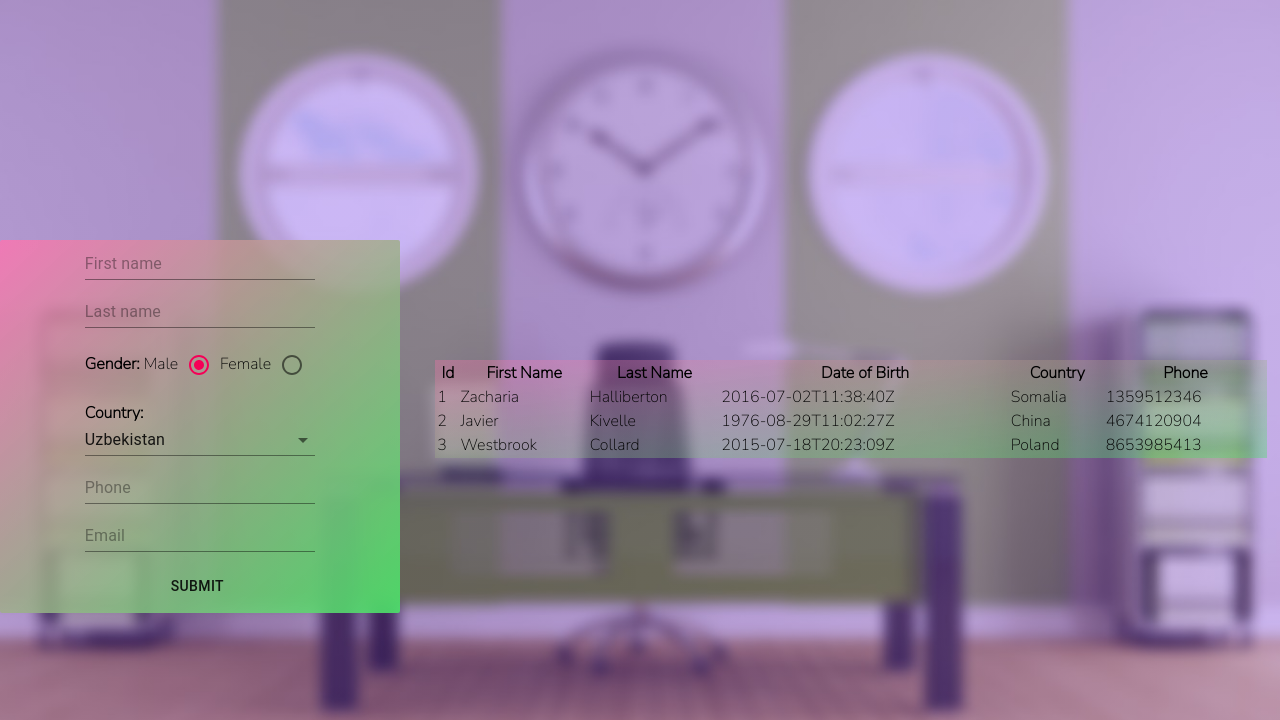
Repository: abrorsaidov/table-table
Page: /
The author's editor kept a copy of each file at every save. The page is drawn from the files as they stood at one save, then again after the next save.
The browser window is 1280 px wide. The pictures show the whole page.
The project was rebuilt for these pictures with package versions that can differ from the ones it lists, and the page was loaded fresh each time. Also part of the build but not shown: src/components/ComponentC.js.

Above is the page before, as saved 2020-12-05 00:39:10.

### src/App.js
import React, { useContext } from 'react';
import './App.css';
import UserContext from './components/userContext';
import State from './components/state';
import ComponentC from './components/ComponentC';
import Forms from './components/Forms';
import MyTable from './components/MyTable';

function App() {
    return (
        <State>
            <div className='App'>
                <Forms />
                <MyTable />
            </div>
        </State>
    );
}

export default App;

### src/App.css
@import url("https://fonts.googleapis.com/css2?family=Nunito+Sans:wght@200&display=swap");

* {
  margin: 0;
  padding: 0;
}

body {
  background: linear-gradient(
      to bottom right,
      rgba(104, 37, 238, 0.3),
      rgba(104, 37, 238, 0.3)
    ),
    url("../src/office.jpg");
  background-attachment: fixed;
  background-repeat: no-repeat;
  font-family: "Nunito Sans", sans-serif;
  background-size: cover;
}

.form-wrapper {
  background: linear-gradient(
    to bottom right,
    rgba(255, 114, 175, 0.8),
    rgba(75, 226, 105, 0.9)
  );
  display: flex;
  flex-direction: column;
  justify-content: center;
  align-items: center;
  width: 30%;
  left: 10%;
  border-radius: 2px;
  margin-top: 15em;
  /* transform: translateY(50%); */
  padding: 0.5em;
}

.text {
  width: 60%;
}
.text .country {
  display: flex;
  justify-content: space-between;
}
.text {
  margin-bottom: 1em;
}
label.main {
  font-weight: bold;
}

.submit-btn {
  background: rgba(129, 232, 27, 0.912);
  width: 60%;
  text-align: center;
  border-radius: 7px;
}
small.error {
  display: block;
  color: red;
}
small.hide {
  color: red;
  display: none;
}

option {
  cursor: pointer;
}

.inputs {
  width: 100%;
}

.myTable {
  background: linear-gradient(
    to bottom right,
    rgba(255, 114, 175, 0.337),
    rgba(75, 226, 105, 0.4)
  );
  position: absolute;
  width: 65%;
  top: 50%;
  right: 1%;
  /* justify-content: center;
  display: flex; */
}

### src/components/state.js
import React, { useReducer } from 'react';
import reducer from './reducer';
import UserContext from './userContext';

const State = props => {
    const initialState = {
        loading: false,
    };

    const [state, dispatch] = useReducer(reducer, initialState);

    const setLoading = () => {
        dispatch({
            type: 'LOADING',
        });
    };

    const clearLoading = () => {
        dispatch({
            type: 'CLEAR_LOADING',
        });
    };

    return (
        <UserContext.Provider
            value={{ loading: state.loading, setLoading, clearLoading }}
        >
            {props.children}
        </UserContext.Provider>
    );
};

export default State;

### src/components/MyTable.js
import React, { useMemo } from 'react';
import { useTable } from 'react-table';
import MOCK_DATA from './MOCK_DATA.json';
import { COLUMNS } from './columns';

const MyTable = () => {
    const columns = useMemo(() => COLUMNS, []);
    const data = useMemo(() => MOCK_DATA, []);

    const tableInstance = useTable({
        columns,
        data,
    });

    const {
        getTableProps,
        getTableBodyProps,
        headerGroups,
        rows,
        prepareRow,
    } = tableInstance;

    return (
        <table className={'myTable'} {...getTableProps()}>
            <thead>
                {headerGroups.map(headerGroup => (
                    <tr {...headerGroup.getHeaderGroupProps()}>
                        {headerGroup.headers.map(column => (
                            <th {...column.getHeaderProps()}>
                                {column.render('Header')}
                            </th>
                        ))}
                    </tr>
                ))}
            </thead>
            <tbody {...getTableBodyProps()}>
                {rows.map(row => {
                    prepareRow(row);
                    return (
                        <tr {...row.getRowProps()}>
                            {row.cells.map(cell => {
                                return (
                                    <td {...cell.getCellProps()}>
                                        {cell.render('Cell')}
                                    </td>
                                );
                            })}
                        </tr>
                    );
                })}
            </tbody>
        </table>
    );
};

export default MyTable;

### src/components/reducer.js
export default (state, action) => {
    switch (action.type) {
        case 'LOADING':
            return {
                ...state,
                loading: true,
            };
        case 'CLEAR_LOADING':
            return {
                ...state,
                loading: false,
            };
    }
};

### src/components/columns.js
export const COLUMNS = [
    {
        Header: 'Id',
        accessor: 'id',
    },
    {
        Header: 'First Name',
        accessor: 'first_name',
    },
    {
        Header: 'Last Name',
        accessor: 'last_name',
    },
    {
        Header: 'Date of Birth',
        accessor: 'date_of_birth',
    },
    {
        Header: 'Country',
        accessor: 'country',
    },
    {
        Header: 'Phone',
        accessor: 'phone',
    },
];

Loaded but not shown: public/index.html (common file); src/index.js (common file); src/index.css (common file); src/reportWebVitals.js (common file); src/components/userContext.js (common file); src/components/MOCK_DATA.json (32 lines, source omitted); src/components/Forms.js (492 lines, source omitted)

After the next save:
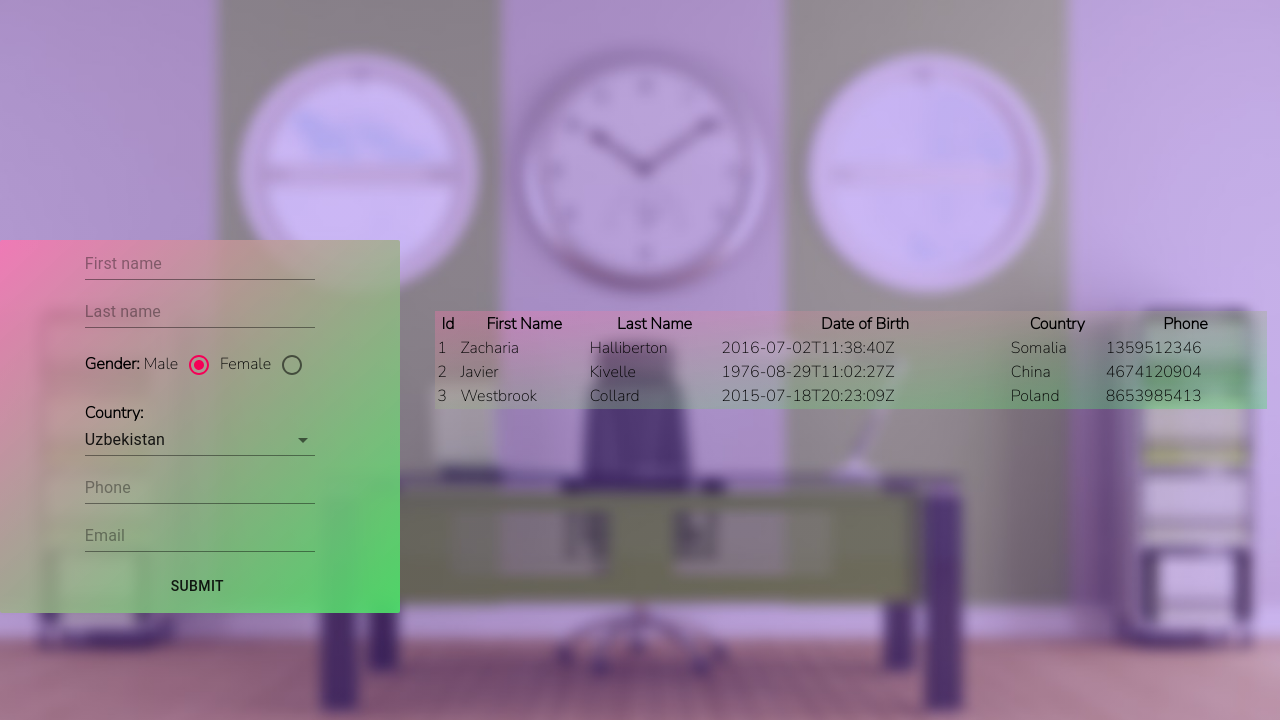
Saved 19 s later.
--- a/src/App.css
+++ b/src/App.css
@@ -82,6 +82,7 @@ option {
   position: absolute;
   width: 65%;
   top: 50%;
+  transform: translateY(-50%);
   right: 1%;
   /* justify-content: center;
   display: flex; */
